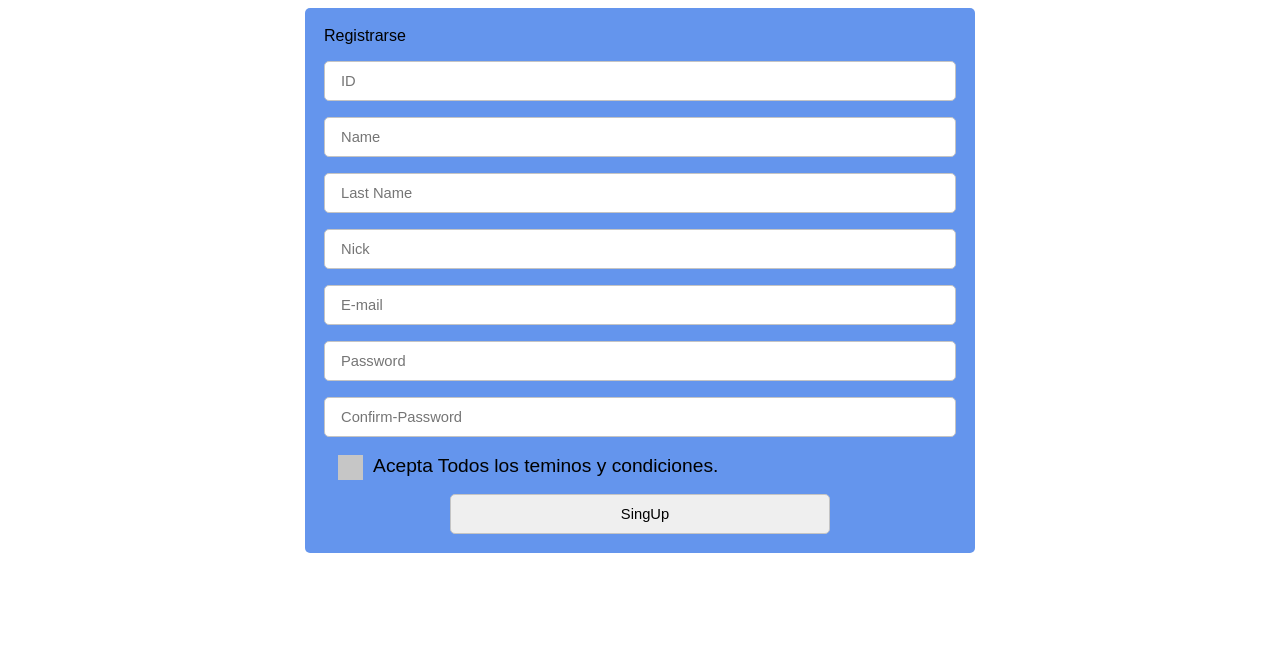
Repository: firebok2018/proyect-lP2
Page: http://localhost/Fire_Music/Usuarios.jsp
An editor plug-in stored every save of this project. The page is shown before and after the next save, followed by the edit.
The browser window is 1280 px wide. The pictures show the whole page.
The page is served by Tomcat 9.

Above is the page before, as saved 2019-05-24 20:51:28.

After the next save:
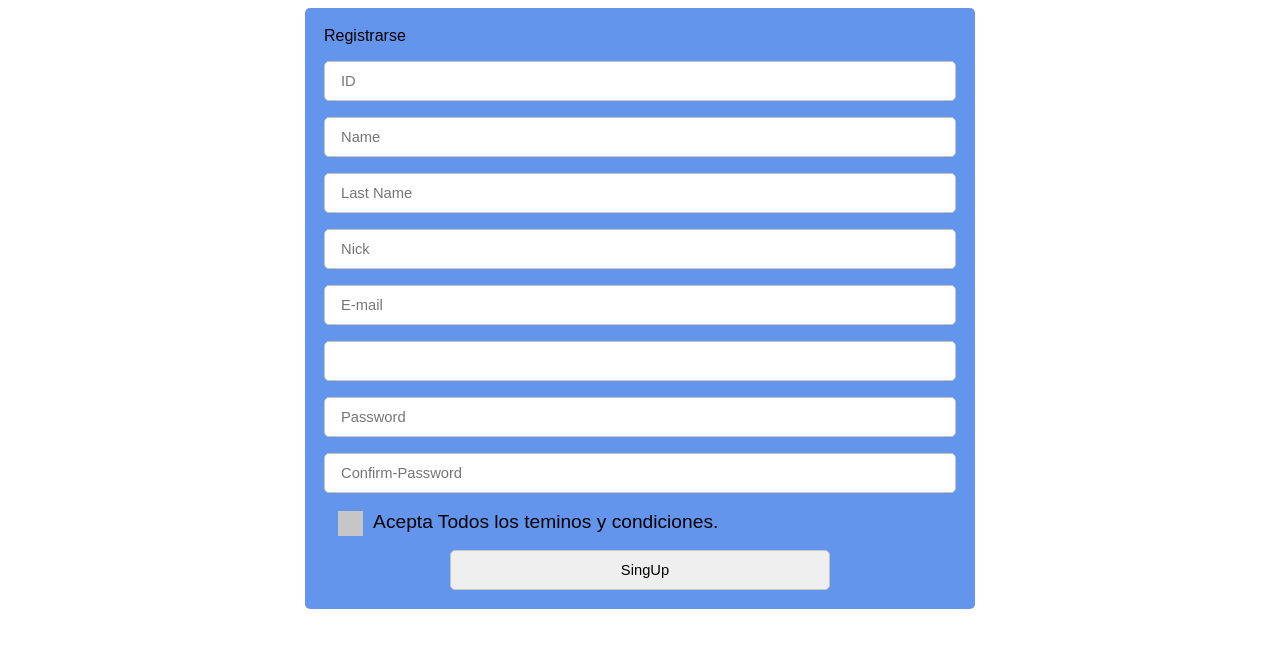
Saved 50 s later.
--- a/Fire_Music/WebContent/Usuarios.jsp
+++ b/Fire_Music/WebContent/Usuarios.jsp
@@ -5,8 +5,9 @@
 	<input class="uReg" type="text" placeholder="ID" name="id_x"><!--id-->
 	<input class="uReg" type="text" placeholder="Name" name="name_x"><!--nombre-->
 	<input class="uReg" type="text" placeholder="Last Name" name="lastName_x"><!--apellido-->
-	<input class="uReg" type="text" placeholder="Nick" name="nick_C"><!--nick-->
+	<input class="uReg" type="text" placeholder="Nick" name="nick_x"><!--nick-->
 	<input class="uReg" type="email" placeholder="E-mail" name="email_x"><!--email-->
+	<input class="uReg" type="text" name="fec_reg">
 	<input class="uReg" type="password" placeholder="Password" name="pwd_x"><!--contraseña-->
 	<input class="uReg" type="password" placeholder="Confirm-Password">
 
